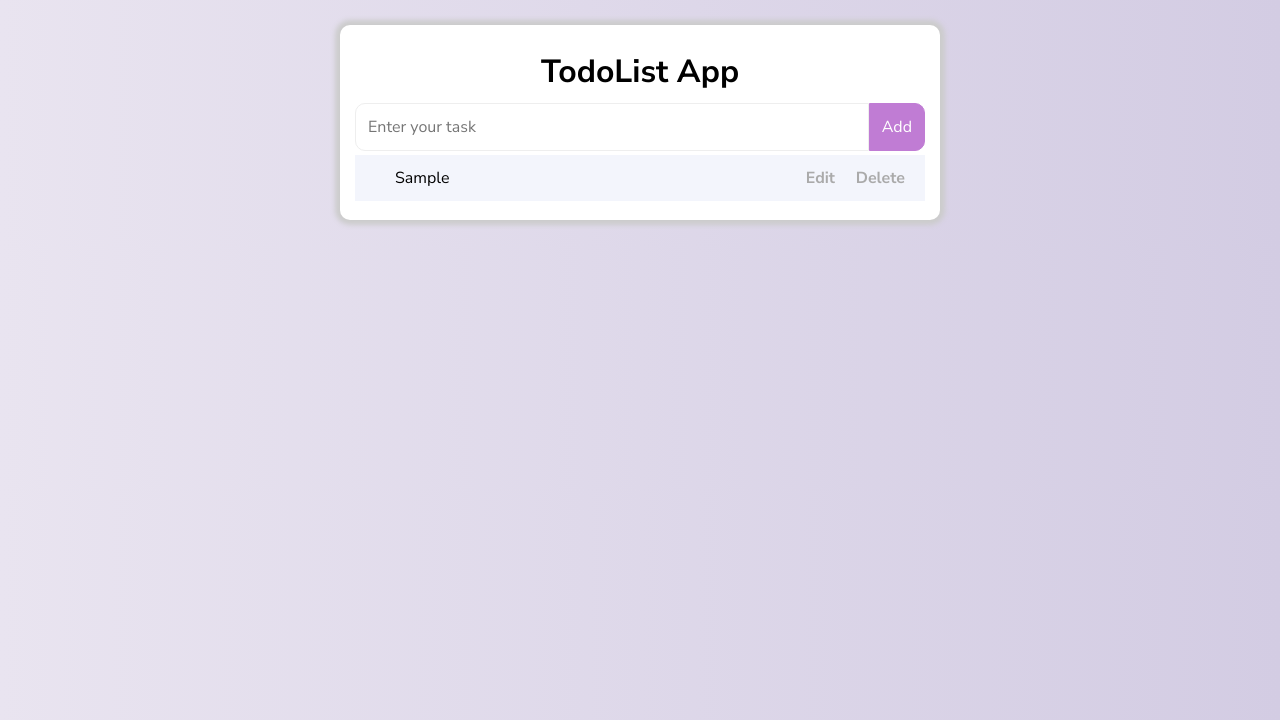
Repository: anhquan74-dev/todolist_app
Page: index.html
An editor plug-in stored every save of this project. The page is shown before and after a run of saves, followed by the edit.
The browser window is 1280 px wide. The pictures show the whole page.
Empty fields were first filled with sample values (such as "Sample", 5 or name@example.com).
After loading, the first visible `button.add-btn` was clicked once.
Some web libraries are served in a nearby version.

Above is the page before, as saved 2022-07-21 17:54:54.

After the next 3 saves:
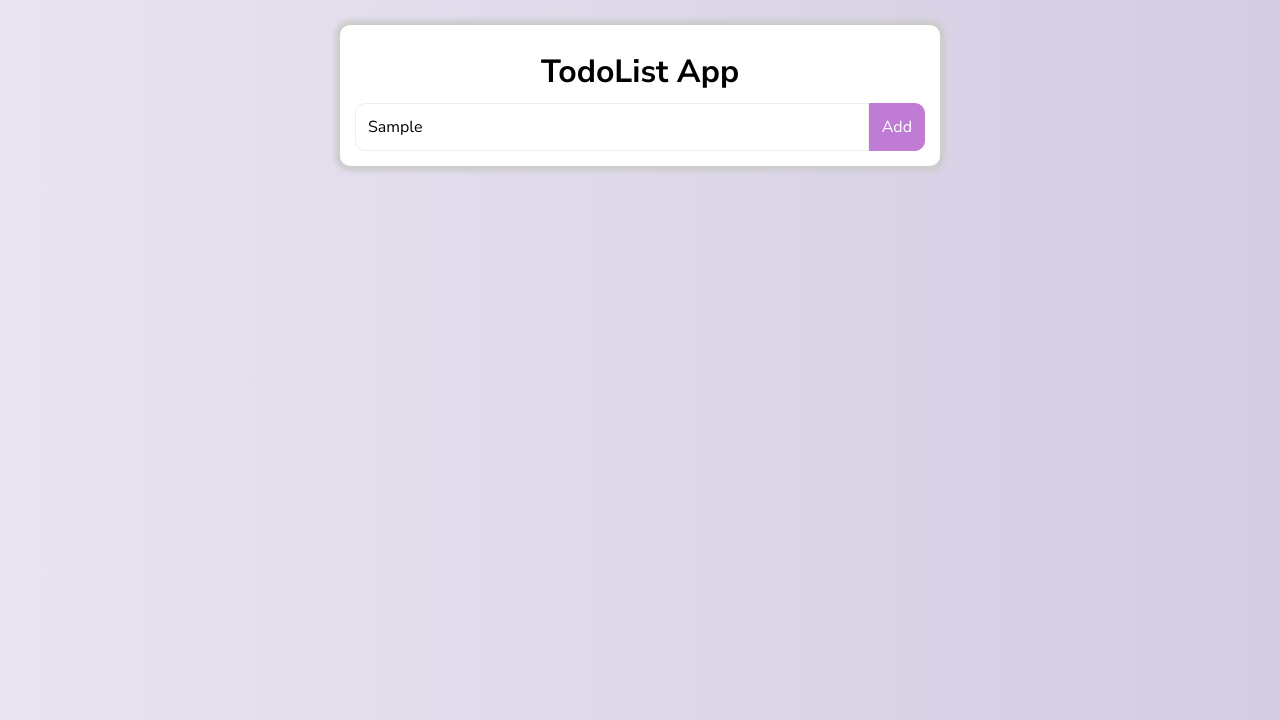
Console error: TypeError: this.getElementById is not a function
The 3 saves are shown as one change because they came seconds apart.
The last was saved 60 s later.
--- a/main.js
+++ b/main.js
@@ -17,7 +17,7 @@
   }
 
   let tasks = getTasksFromLocalStorage();
-  if (this.id) {
+  if (this.getElementById("id")) {
     tasks[id].name = inputElement.value;
   } else {
     tasks.push({ name: inputElement.value });

After the 4 saves that followed:
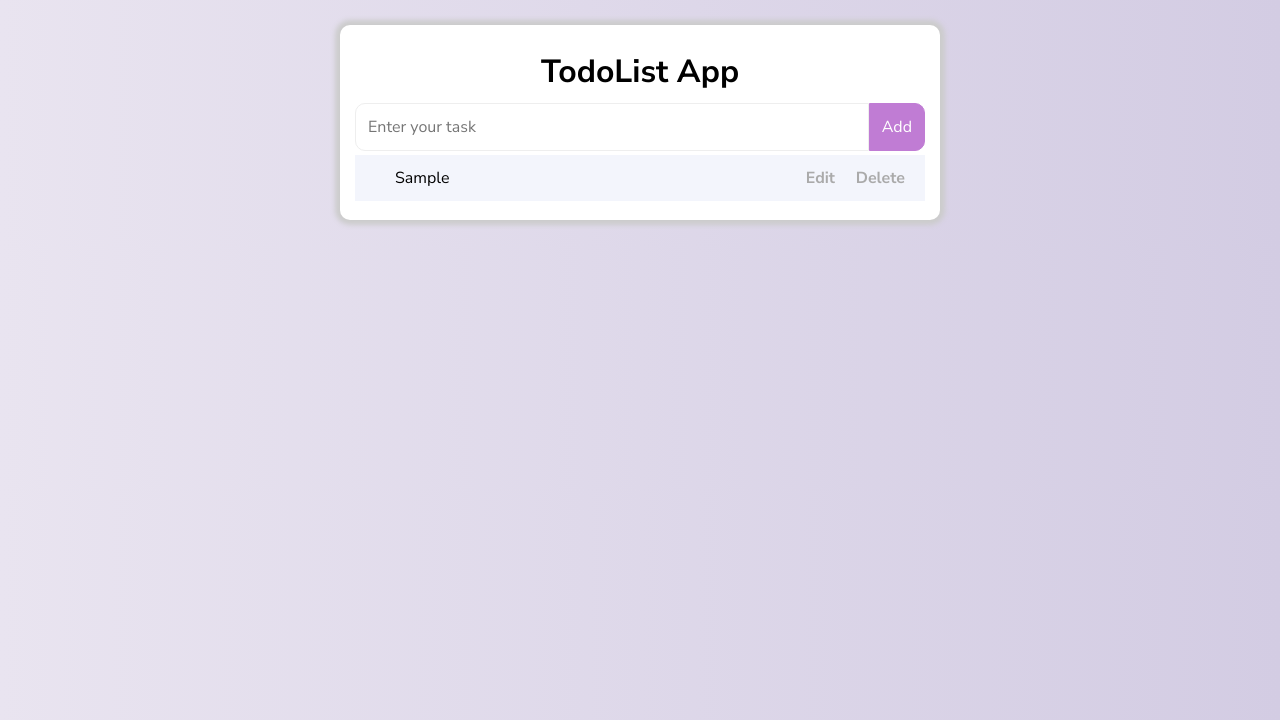
The error is gone.
The 4 saves are shown as one change because 1 left the picture as it was and some came seconds apart.
The last was saved 25 s later.
--- a/main.js
+++ b/main.js
@@ -17,7 +17,7 @@
   }
 
   let tasks = getTasksFromLocalStorage();
-  if (this.getElementById("id")) {
+  if (this.getAttribute("id")) {
     tasks[id].name = inputElement.value;
   } else {
     tasks.push({ name: inputElement.value });
